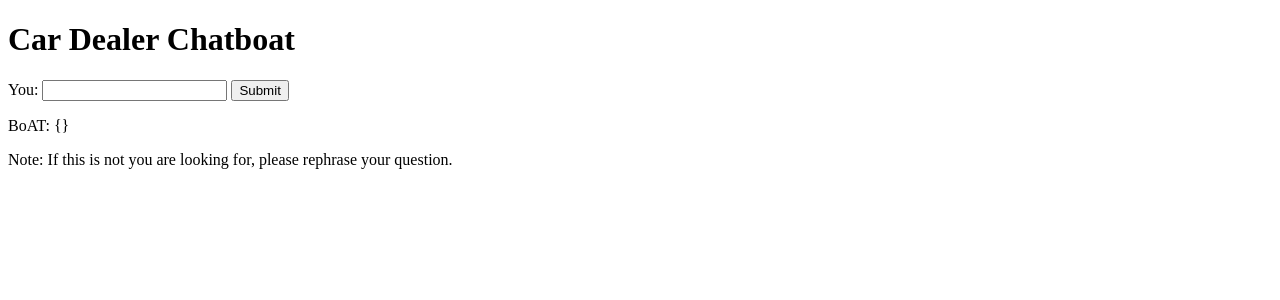
Repository: Uttam-Asodariya/Car-Dealer-Chatbot
Page: templates/index.html
The author's editor kept a copy of each file at every save. The page is drawn from the files as they stood at one save, then again after a run of saves.
The browser window is 1280 px wide. The pictures show the whole page.
The template is drawn by Flask 3. The application's start-up code is not run. Other server files are loaded and not shown. The template is opened directly, without the code that normally fills it, so the values that code supplies are empty.

Above is the page before, as saved 2024-04-26 17:47:28.

### templates/index.html
<!DOCTYPE html>

<html>
    <head>
        <title> Tutorial </title>

    </head>

    <body>

        <h1 class = "text-center">Car Dealer Chatboat</h1>
        <form action="/" method="post">
            <label for="You">You:</label>
            <input type="text" id="You" name="You">
            <input type="submit" value="Submit">
        </form>

        <p class="text-center">BoAT: {}</p>
        <p> Note: If this is not you are looking for, please rephrase your question. </p>

    </body>

</html>

After the next 3 saves:
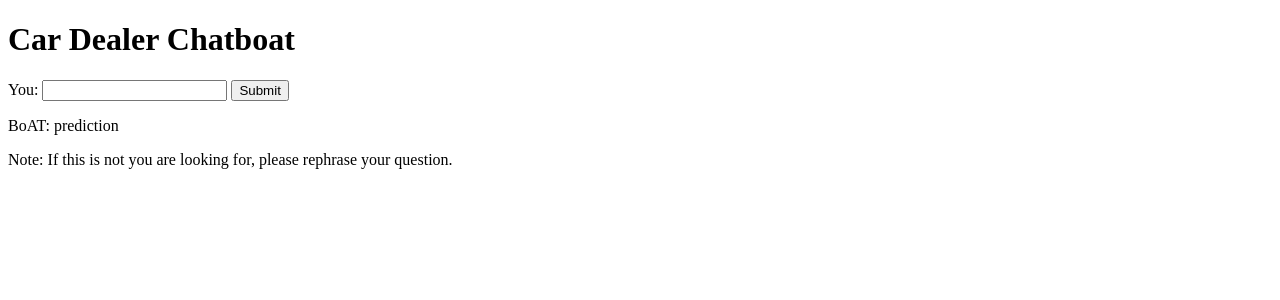
The 3 saves are shown as one change because they came seconds apart.
The last was saved 11 s later.
--- a/templates/index.html
+++ b/templates/index.html
@@ -15,7 +15,7 @@
             <input type="submit" value="Submit">
         </form>
 
-        <p class="text-center">BoAT: {}</p>
+        <p class="text-center">BoAT: prediction</p>
         <p> Note: If this is not you are looking for, please rephrase your question. </p>
 
     </body>
